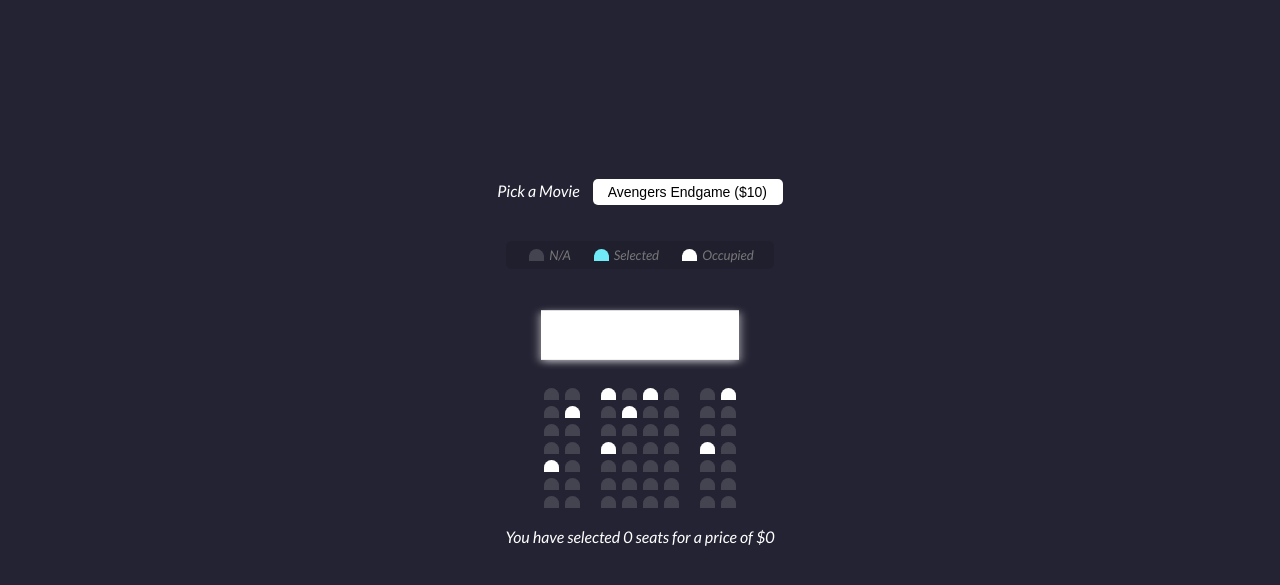
Repository: Izaya171/programming
Page: movieTickets/index.html
The author's editor kept a copy of each file at every save. The page is drawn from the files as they stood at one save, then again after the next save.
The browser window is 1280 px wide. The pictures show the whole page.

Above is the page before, as saved 2021-09-18 15:28:02.

After the next save:
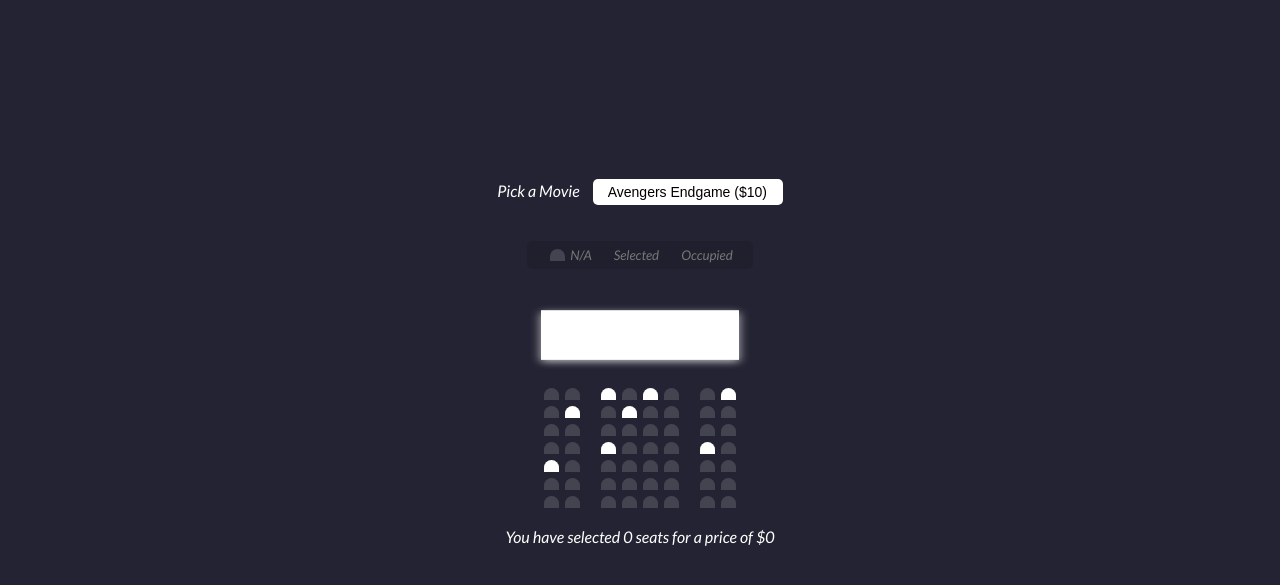
Saved 23 s later.
--- a/movieTickets/index.html
+++ b/movieTickets/index.html
@@ -26,11 +26,11 @@
             <small>N/A</small>
         </li>
         <li>
-            <div class="seat selected"></div>
+            <div class="seat.selected"></div>
             <small>Selected</small>
         </li>
         <li>
-            <div class="seat occupied"></div>
+            <div class="seat.occupied"></div>
             <small>Occupied</small>
         </li>
     </ul>

After the save that followed:
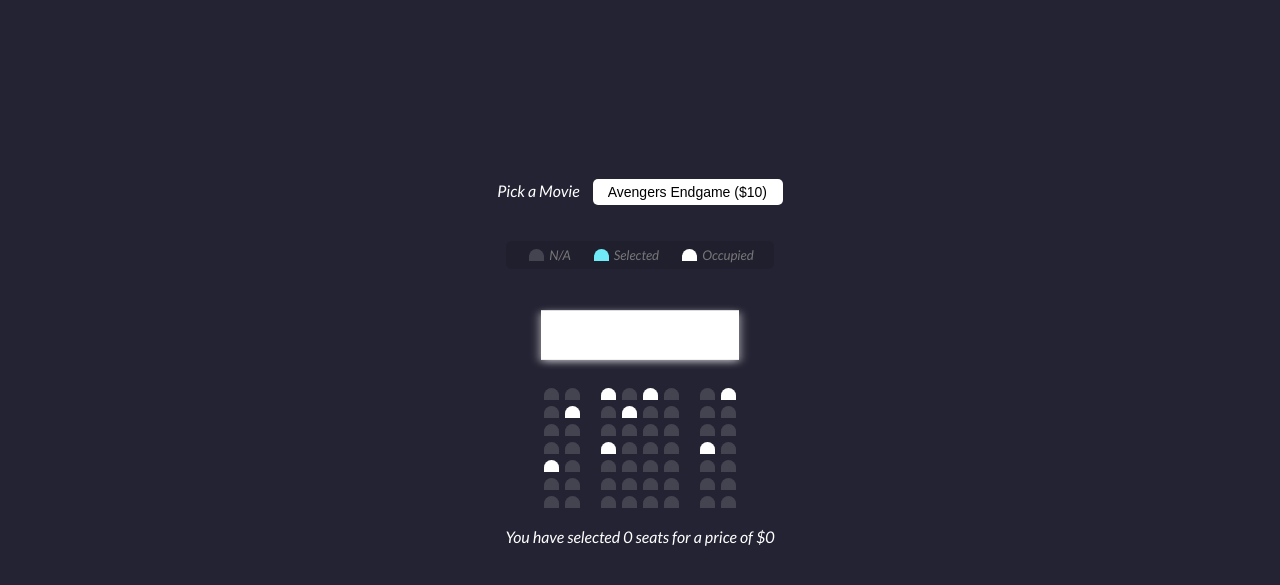
Saved 16 s later.
--- a/movieTickets/index.html
+++ b/movieTickets/index.html
@@ -26,11 +26,11 @@
             <small>N/A</small>
         </li>
         <li>
-            <div class="seat.selected"></div>
+            <div class="seat selected"></div>
             <small>Selected</small>
         </li>
         <li>
-            <div class="seat.occupied"></div>
+            <div class="seat occupied"></div>
             <small>Occupied</small>
         </li>
     </ul>
